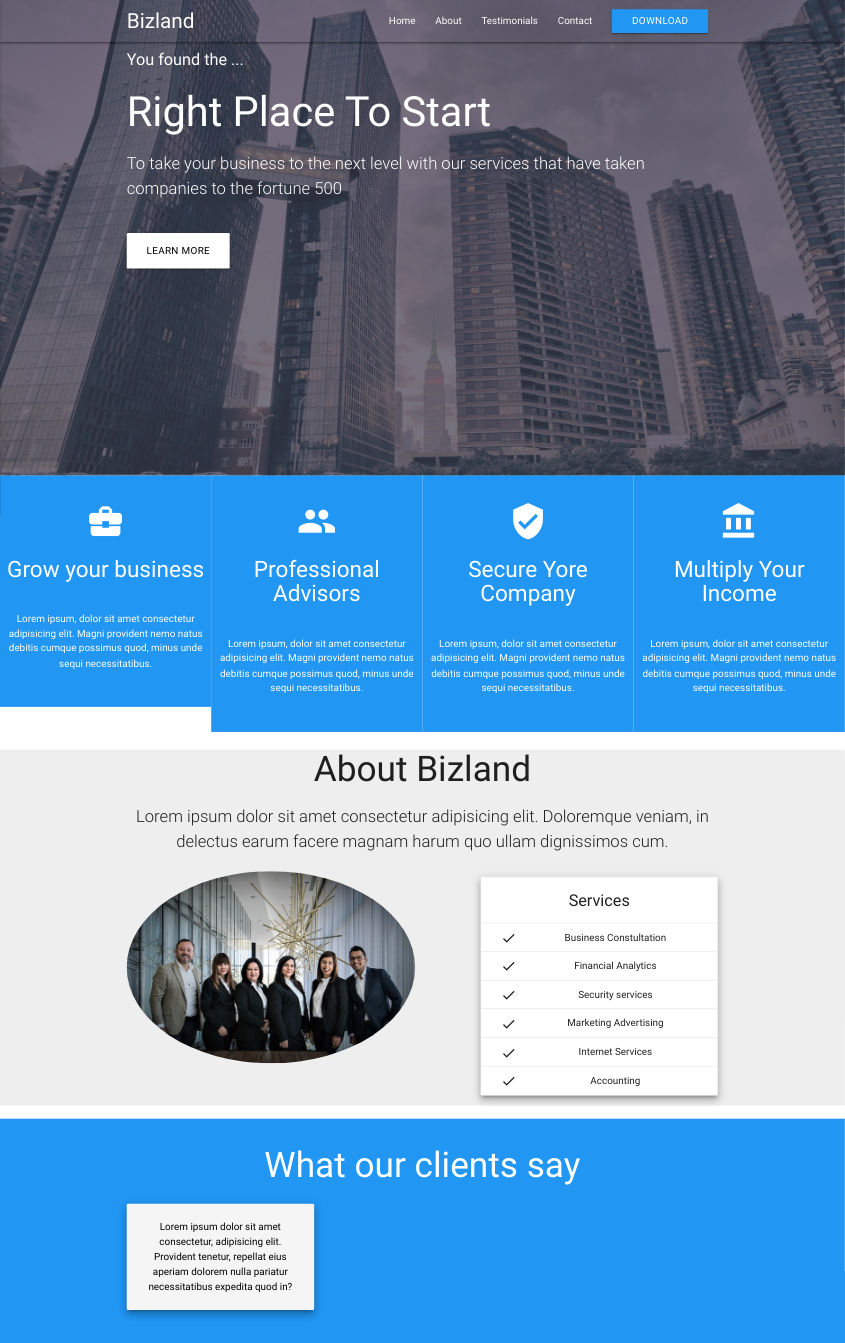
Repository: farrdy/bizland
Page: index.html
These files come from the project's save history. The page is drawn as it stood at one moment and after the next save; the edit follows.
The browser window is 1280 px wide. The pictures show the whole page, at 66% of full size.
Some web libraries are served in a nearby version.

Above is the page before, as saved 2020-01-05 13:54:24.

### index.html
<!DOCTYPE html>
<html>
  <head>
    <!--Import Google Icon Font-->
    <link
      href="https://fonts.googleapis.com/icon?family=Material+Icons"
      rel="stylesheet"
    />
    <!--Import materialize.css-->
    <link
      type="text/css"
      rel="stylesheet"
      href="css/materialize.min.css"
      media="screen,projection"
    />
    <link type="text/css" rel="stylesheet" href="css/main.css" />
    <!--Let browser know website is optimized for mobile-->
    <meta name="viewport" content="width=device-width, initial-scale=1.0" />
    <title>Bizland Theme</title>
  </head>

  <body>
    <header class="main-header">
      <div class="primary-overlay">
        <div class="navbar-fixed">
          <nav class="transparent">
            <div class="container">
              <div class="nav-wrapper">
                <a href="#home" class="brand-logo">Bizland</a>
                <a href="#" class="button-collapse" data-activates="mobile-nav">
                  <i class="material-icons">menu</i>
                </a>
                <ul class=" right hide-on-med-and-down">
                  <li>
                    <a href="#home">Home</a>
                  </li>
                  <li>
                    <a href="#about">About</a>
                  </li>
                  <li>
                    <a href="#testimonials">Testimonials</a>
                  </li>
                  <li>
                    <a href="#contact">Contact</a>
                  </li>
                  <li>
                    <a href="#" class="btn blue">Download</a>
                  </li>
                </ul>
              </div>
            </div>
          </nav>
        </div>
        <ul class="side-nav" id="mobile-nav">
          <h4 class="blue-grey darken-3  center">
            Bizland
          </h4>
          <li>
            <a href="#" class="devider"></a>
          </li>
          <li>
            <a href="#home">Home</a>
          </li>
          <li>
            <a href="#about">About</a>
          </li>
          <li>
            <a href="#testimonials">Testimonials</a>
          </li>
          <li>
            <a href="#contact">Contact</a>
          </li>
        </ul>

        <!-- showcase -->
        <div class="showcase container">
          <div class="row">
            <div class="col s12 main-text">
              <h5>You found the ...</h5>
              <h1>Right Place To Start</h1>
              <p class="flow-text">
                To take your business to the next level with our services that
                have taken companies to the fortune 500
              </p>
              <br />
              <a href="" class="btn btn-large white black-text">Learn More</a>
              <a href="#about" class="white-text"
                ><i class="material-icons medium scroll-icon">
                  arrow_drop_down_circle
                </i></a
              >
            </div>
          </div>
        </div>
      </div>
    </header>
    <section class="section-boxes center">
      <div class="row">
        <div class="col s12 m6 l3 blue white-text box">
          <i class="material-icons medium">business_center</i>
          <h4>Grow your business</h4>
          <p>
            Lorem ipsum, dolor sit amet consectetur adipisicing elit. Magni
            provident nemo natus debitis cumque possimus quod, minus unde sequi
            necessitatibus.
          </p>
        </div>
        <div class="col s12 m6 l3 blue white-text box">
          <i class="material-icons medium">people</i>
          <h4>Professional Advisors</h4>
          <p>
            Lorem ipsum, dolor sit amet consectetur adipisicing elit. Magni
            provident nemo natus debitis cumque possimus quod, minus unde sequi
            necessitatibus.
          </p>
        </div>
        <div class="col s12 m6 l3 blue white-text box">
          <i class="material-icons medium">verified_user</i>
          <h4>Secure Yore Company</h4>
          <p>
            Lorem ipsum, dolor sit amet consectetur adipisicing elit. Magni
            provident nemo natus debitis cumque possimus quod, minus unde sequi
            necessitatibus.
          </p>
        </div>
        <div class="col s12 m6 l3 blue white-text box">
          <i class="material-icons medium">account_balance</i>
          <h4>Multiply Your Income</h4>
          <p>
            Lorem ipsum, dolor sit amet consectetur adipisicing elit. Magni
            provident nemo natus debitis cumque possimus quod, minus unde sequi
            necessitatibus.
          </p>
        </div>
      </div>
    </section>
    <!-- Section: About -->

    <section class="section-about grey lighten-3 center">
      <div class="container">
        <h2>About Bizland</h2>
        <p class="flow-text">
          Lorem ipsum dolor sit amet consectetur adipisicing elit. Doloremque
          veniam, in delectus earum facere magnam harum quo ullam dignissimos
          cum.
        </p>
        <div class="row">
          <div class="col s12 m6">
            <img src="img/people.jpg" alt="" class="responsive-img circle" />
          </div>
          <div class="col s12 m5 offset-m1">
            <ul class="collection with-header z-depth-4">
              <li class="collection-header">
                <h5>Services</h5>
              </li>
              <li class="collection-item">
                <i class="material-icons left">check</i>
                Business Constultation
              </li>
              <li class="collection-item">
                <i class="material-icons left">check</i>
                Financial Analytics
              </li>
              <li class="collection-item">
                <i class="material-icons left">check</i>
                Security services
              </li>
              <li class="collection-item">
                <i class="material-icons left">check</i>
                Marketing Advertising
              </li>
              <li class="collection-item">
                <i class="material-icons left">check</i>
                Internet Services
              </li>
              <li class="collection-item">
                <i class="material-icons left">check</i>
                Accounting
              </li>
            </ul>
          </div>
        </div>
      </div>
    </section>
    <!-- Section Testimonials -->
    <section class="section section-testimonials blue white-text center">
      <div class="container">
        <h2>What our clients say</h2>
        <div class="row">
          <div class="col s12 m4">
            <div class="card grey lighten-4 black-text z-depth-4">
              <div class="card-content">
                <p>
                  Lorem ipsum dolor sit amet consectetur, adipisicing elit.
                  Provident tenetur, repellat eius aperiam dolorem nulla
                  pariatur necessitatibus expedita quod in?
                </p>
              </div>
            </div>
          </div>
        </div>
      </div>
    </section>

    <!--Import jQuery before materialize.js-->
    <script
      type="text/javascript"
      src="https://code.jquery.com/jquery-3.2.1.min.js"
    ></script>
    <script type="text/javascript" src="js/materialize.min.js"></script>
    <script>
      $(document).ready(function() {
        $(".button-collapse").sideNav();

        //scrollfire
        const options = [
          {
            selector: ".main-text",
            offset: 0,
            callback: function(el) {
              Materialize.fadeInImage($(el));
            }
          }
        ];

        Materialize.scrollFire(options);
      });
    </script>
  </body>
</html>

### css/main.css
.primary-overlay {
  background: rgba(63, 57, 77, 0.7);
  position: absolute;
  top: 0;
  left: 0;
  width: 100%;
  height: 100%;
  overflow: hidden;
}

.main-header {
  background: url(../img/showcase.jpg);
  background-size: cover;
  background-position: center;
  height: 100vh;
  min-height: 600px;
  color: #fff;
  position: relative;
}

.main-hedare .showcase {
  padding-top: 110px;
}

.scroll-icon {
  position: absolute;
  bottom: 5%;
  left: 47%;
  opacity: 0.5%;
}

.box {
  padding: 40px 10px !important;
}

.box h4 {
  padding-bottom: 30px;
}

.section-boxes .row {
  margin-bottom: 0 !important;
}

@media (max-width: 600px) {
  .main-header {
    height: 50vh;
  }
}

Loaded but not shown: css/materialize.min.css (library); js/materialize.min.js (library)

After the next save:
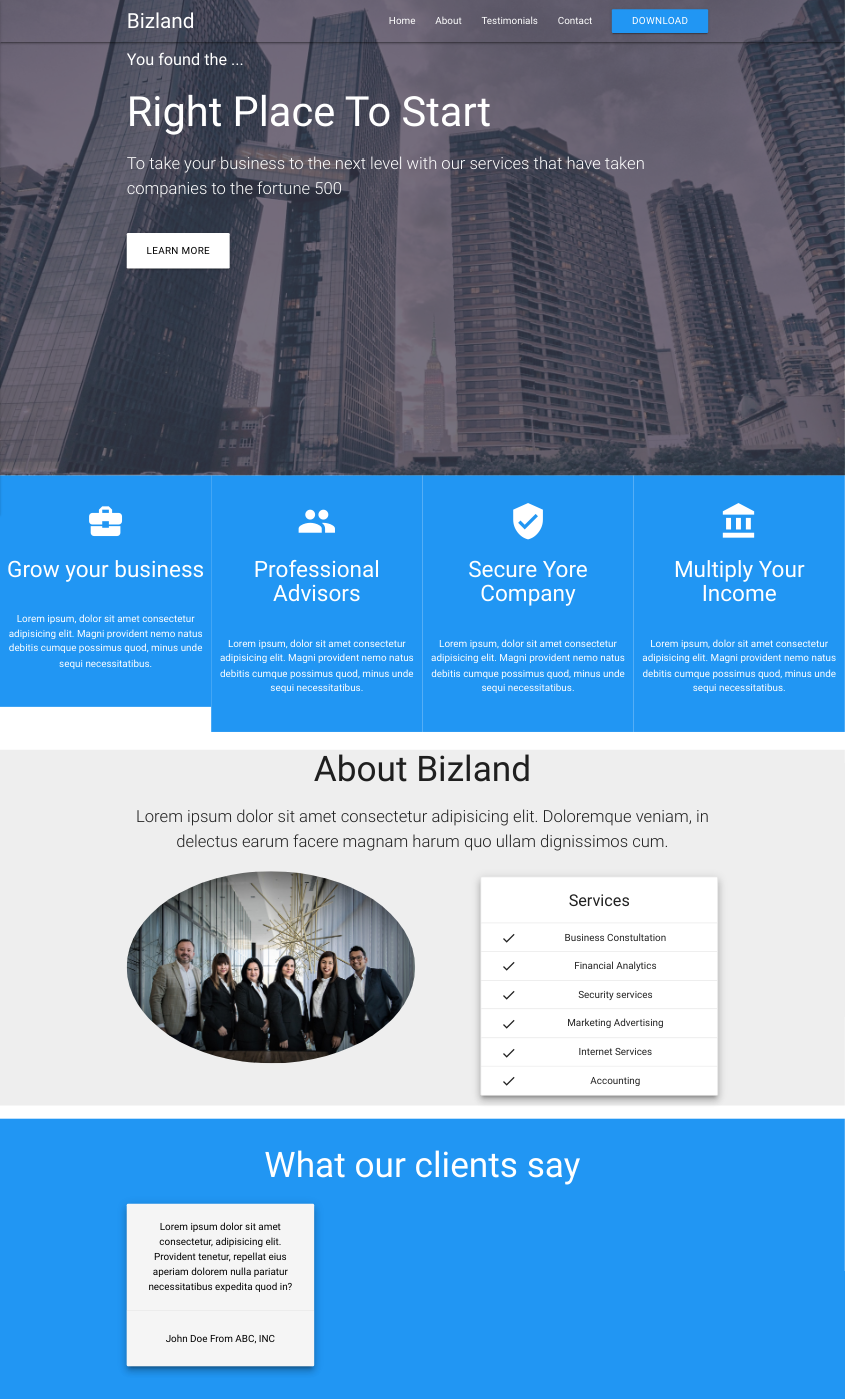
Saved 83 s later.
--- a/index.html
+++ b/index.html
@@ -196,6 +196,9 @@
                   pariatur necessitatibus expedita quod in?
                 </p>
               </div>
+              <div class="card-action">
+                <p>John Doe From ABC, INC</p>
+              </div>
             </div>
           </div>
         </div>
